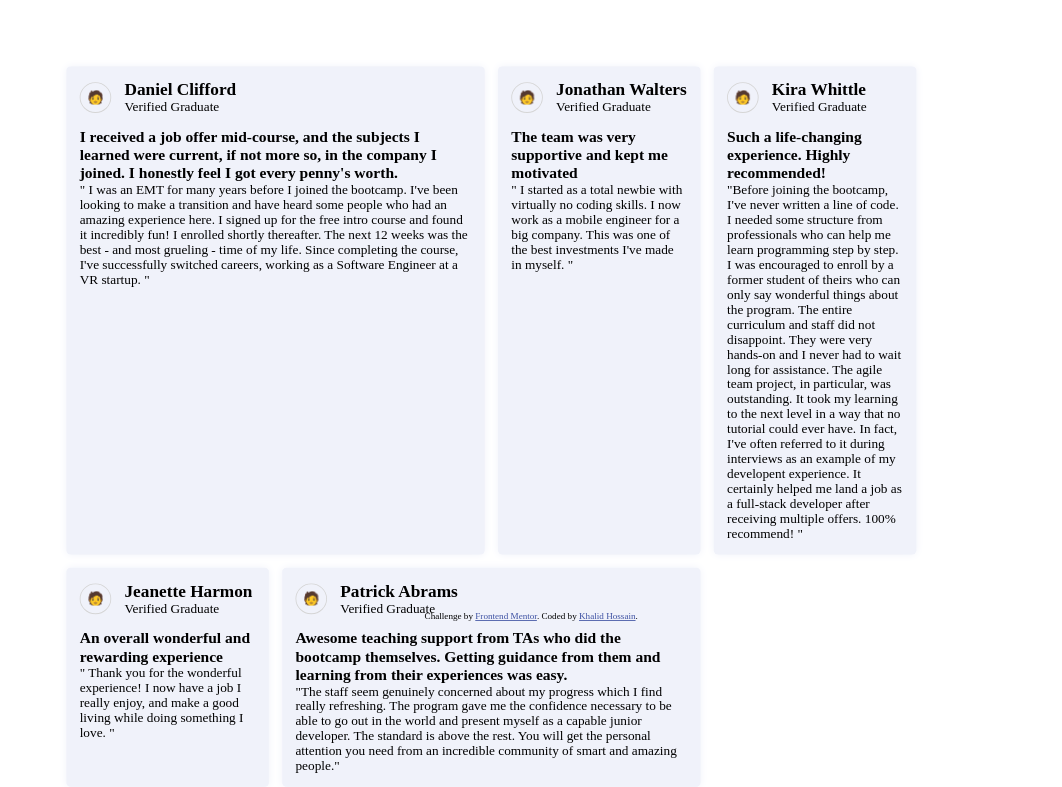
Repository: badhon252/Testimonials-Grid-Section
Page: index.html
These files come from the project's save history. The page is drawn as it stood at one moment and after a run of saves; the edit follows.
The browser window is 1280 px wide. The pictures show the whole page, at 83% of full size.

Above is the page before, as saved 2023-02-18 16:33:13.

After the next 2 saves:
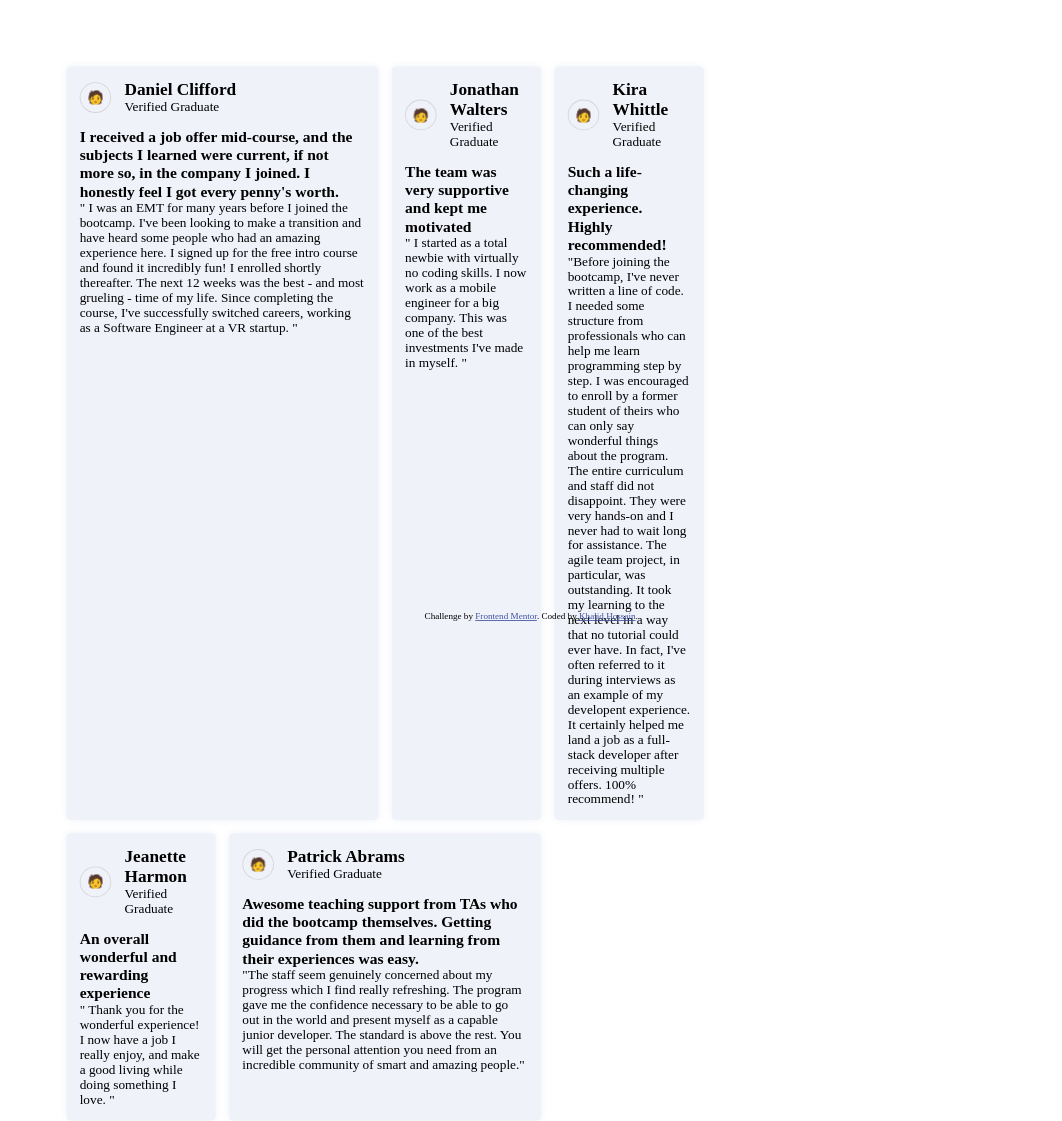
The 2 saves are shown as one change because they came seconds apart.
The last was saved 8 s later.
--- a/css/style.css
+++ b/css/style.css
@@ -21,7 +21,7 @@
     grid-gap: 1rem;
     align-items: stretch;
     margin: 5rem;
-    max-width: 80vw;
+    max-width: 60vw;
     max-height: 80vh;
 }
 

After the save that followed:
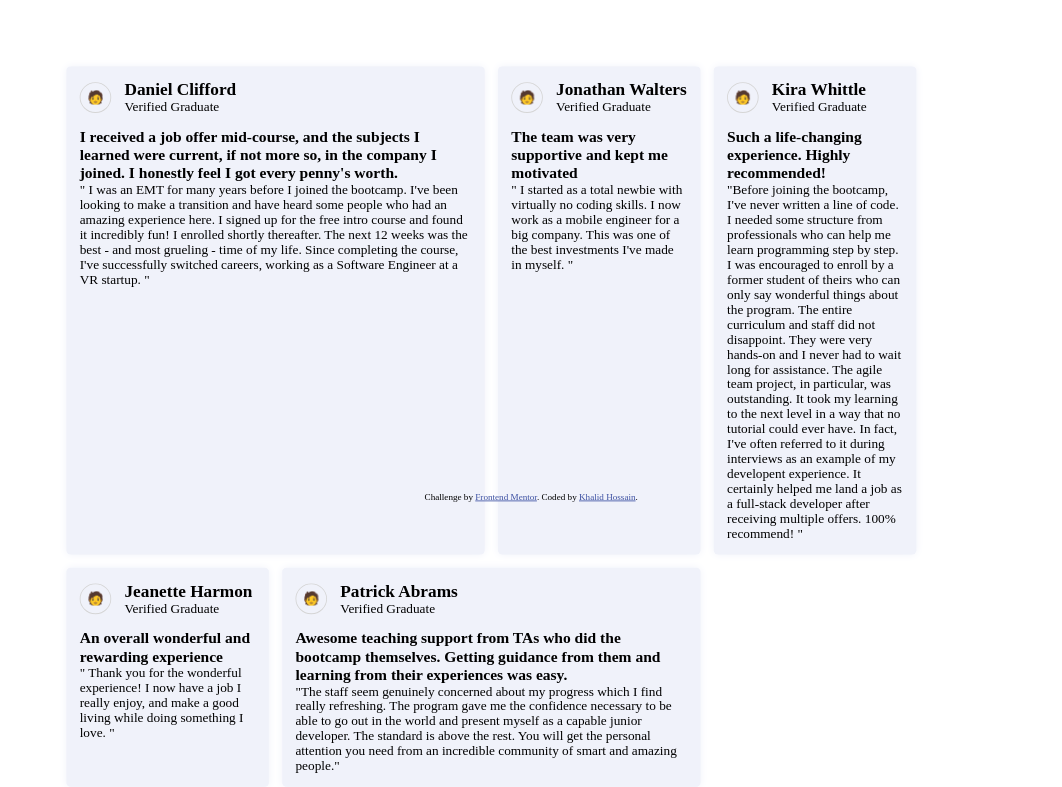
Saved 6 s later.
--- a/css/style.css
+++ b/css/style.css
@@ -21,8 +21,8 @@
     grid-gap: 1rem;
     align-items: stretch;
     margin: 5rem;
-    max-width: 60vw;
-    max-height: 80vh;
+    max-width: 80vw;
+    max-height: 60vh;
 }
 
 .heading {
